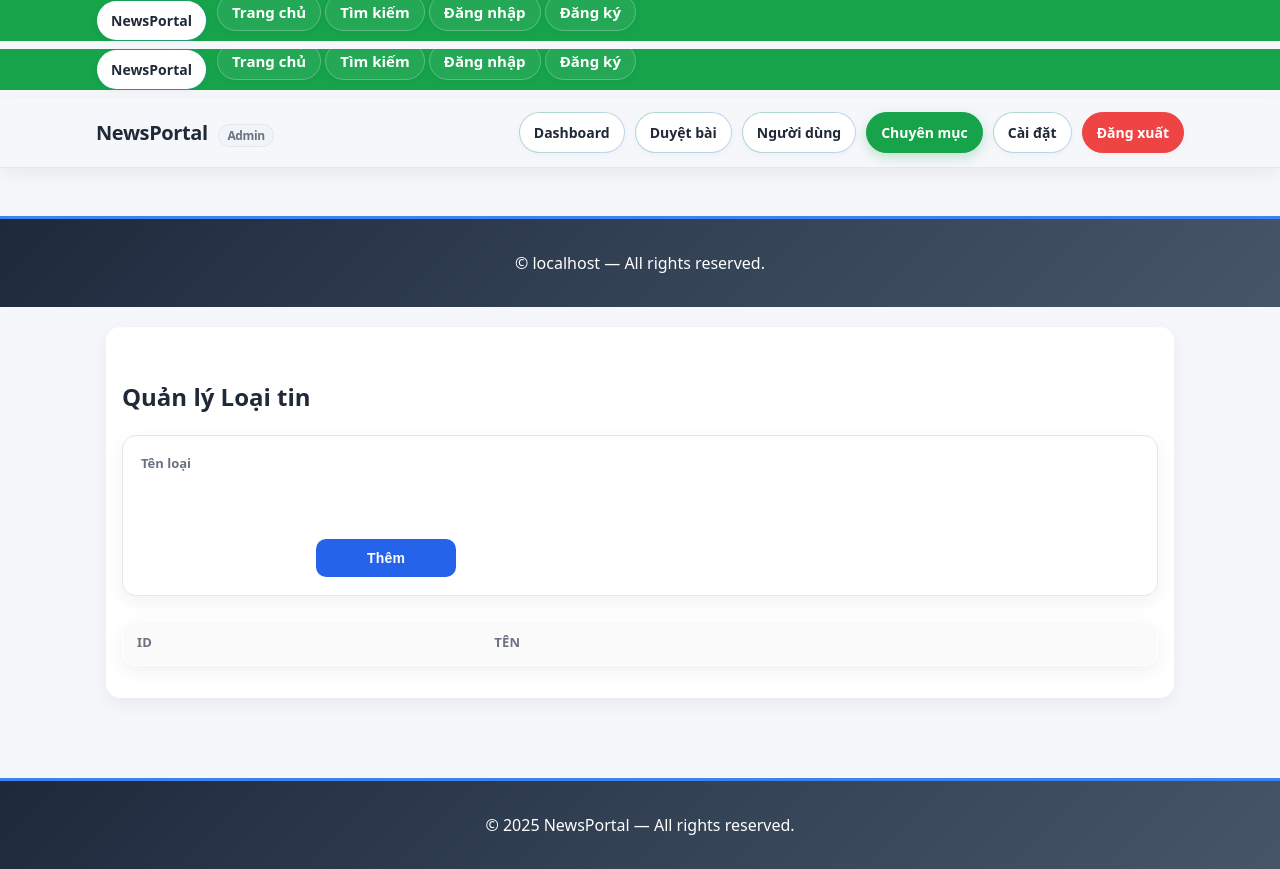
Repository: minhtvpy00202-git/Assignment_PY00202_MinhTV
Page: http://localhost/NewsPortal_PY00202/WEB-INF/views/admin/categories.jsp
The author's editor kept a copy of each file at every save. The page is drawn from the files as they stood at one save, then again after the next save.
The browser window is 1280 px wide. The pictures show the whole page.
The page is served by Tomcat 10. Nobody is signed in. Other server files are loaded and not shown. The template is opened directly, without the code that normally fills it, so the values that code supplies are empty.

Above is the page before, as saved 2025-10-09 12:02:35.

### Assignment_NewsPortal/NewsPortal_PY00202/src/main/webapp/WEB-INF/views/admin/categories.jsp
<%@ page contentType="text/html; charset=UTF-8" pageEncoding="UTF-8"%>
<%@ include file="../layout/header.jsp" %>
<%@ taglib prefix="c" uri="jakarta.tags.core" %>
<%@ include file="../layout/header.jsp" %>
<jsp:include page="../layout/admin-header.jsp"/>
<link rel="stylesheet" href="${pageContext.request.contextPath}/assets/css/admin-users.css">

<main class="container admin-main">
  <section class="content">
    <h1>Quản lý Loại tin</h1>

    <form class="form" method="post" action="${pageContext.request.contextPath}/admin/categories/create">
      <div class="grid" style="grid-template-columns:1fr 200px; gap:12px">
        <div>
          <label>Tên loại</label>
          <input name="name" required>
        </div>
        <div class="actions" style="align-items:end">
          <button class="btn" type="submit">Thêm</button>
        </div>
      </div>
    </form>

    <table class="table mt-24">
      <thead><tr><th>ID</th><th>Tên</th><th></th></tr></thead>
      <tbody>
        <c:forEach var="c" items="${categories}">
          <tr>
            <td>${c.id}</td>
            <td>${c.name}</td>
            <td class="actions">
              <a href="${pageContext.request.contextPath}/admin/categories/edit?id=${c.id}">Sửa</a>
              <a href="${pageContext.request.contextPath}/admin/categories/delete?id=${c.id}">Xóa</a>
            </td>
          </tr>
        </c:forEach>
      </tbody>
    </table>
  </section>
</main>

<%@ include file="../layout/footer.jsp" %>

### Assignment_NewsPortal/NewsPortal_PY00202/src/main/webapp/WEB-INF/views/layout/header.jsp
<%@ page contentType="text/html; charset=UTF-8" pageEncoding="UTF-8"%>
<%@ taglib prefix="c" uri="jakarta.tags.core"%>
<!DOCTYPE html>
<html lang="vi">
<head>
<meta charset="UTF-8">
<title><c:out
		value="${pageTitle != null ? pageTitle : 'NewsPortal'}" /></title>
<link rel="stylesheet"
	href="${pageContext.request.contextPath}/assets/css/style.css">
<link rel="stylesheet" href="${pageContext.request.contextPath}/assets/css/admin-users.css">

</head>
<body>
	<header>
		<div class="container nav">
			<a class="brand" href="${pageContext.request.contextPath}/home">
				<span class="dot"></span> <span>NewsPortal</span>
			</a>
			<nav class="menu">
				<a href="${pageContext.request.contextPath}/home">Trang chủ</a>
				<c:forEach var="cata" items="${categories}">
					<a href="${pageContext.request.contextPath}/category?id=${cata.id}">
						${cata.name} </a>
				</c:forEach>
				<a href="${pageContext.request.contextPath}/search">Tìm kiếm</a>
				<c:choose>
					<c:when test="${not empty sessionScope.user}">
						<c:if test="${sessionScope.user.role}">
							<a href="${pageContext.request.contextPath}/admin/dashboard">Quản
								trị</a>
						</c:if>
						<c:if test="${!sessionScope.user.role}">
							<a href="${pageContext.request.contextPath}/reporter/dashboard">Bảng
								điều khiển</a>
						</c:if>
						<a href="${pageContext.request.contextPath}/logout">Đăng xuất</a>
					</c:when>
					<c:otherwise>
						<a href="${pageContext.request.contextPath}/login">Đăng nhập</a>
						<a href="${pageContext.request.contextPath}/register">Đăng ký</a>
					</c:otherwise>
				</c:choose>
			</nav>
		</div>
	</header>

### Assignment_NewsPortal/NewsPortal_PY00202/src/main/webapp/WEB-INF/views/layout/footer.jsp
<%@ page contentType="text/html; charset=UTF-8" pageEncoding="UTF-8"%>
<footer>
  <div class="container">
    © <script>document.write(new Date().getFullYear())</script> NewsPortal — All rights reserved.
  </div>
</footer>
</body>
</html>

### Assignment_NewsPortal/NewsPortal_PY00202/src/main/webapp/WEB-INF/views/layout/admin-header.jsp
<%@ page contentType="text/html; charset=UTF-8" pageEncoding="UTF-8"%>
<%@ taglib prefix="c" uri="jakarta.tags.core" %>
<%@ taglib prefix="fn" uri="jakarta.tags.functions" %>
<!DOCTYPE html>
<html lang="vi">
<head>
    <meta charset="UTF-8">
    <title><c:out value="${pageTitle != null ? pageTitle : 'Quản trị - NewsPortal'}"/></title>
    <link rel="stylesheet" href="${pageContext.request.contextPath}/assets/css/style.css">
    <link rel="stylesheet" href="${pageContext.request.contextPath}/assets/css/admin-users.css">

</head>
<body>

<c:set var="ctx" value="${pageContext.request.contextPath}"/>
<c:set var="uri" value="${pageContext.request.requestURI}"/>

<header class="admin-header">
    <div class="container">
        <h1 class="logo">
            <a href="${ctx}/admin/dashboard" style="text-decoration:none;color:inherit;">
                NewsPortal <span class="small">Admin</span>
            </a>
        </h1>

        <nav class="nav">
            <a href="${ctx}/admin/dashboard"
               class="${fn:contains(uri, '/admin/dashboard') ? 'active' : ''}"
               aria-current="${fn:contains(uri, '/admin/dashboard') ? 'page' : ''}">Dashboard</a>

            <a href="${ctx}/admin/news-approve"
               class="${fn:contains(uri, '/admin/news-approve') ? 'active' : ''}"
               aria-current="${fn:contains(uri, '/admin/news-approve') ? 'page' : ''}">Duyệt bài</a>

            <a href="${ctx}/admin/users"
               class="${fn:contains(uri, '/admin/users') ? 'active' : ''}"
               aria-current="${fn:contains(uri, '/admin/users') ? 'page' : ''}">Người dùng</a>

            <a href="${ctx}/admin/categories"
               class="${fn:contains(uri, '/admin/categories') ? 'active' : ''}"
               aria-current="${fn:contains(uri, '/admin/categories') ? 'page' : ''}">Chuyên mục</a>

            <a href="${ctx}/admin/settings"
               class="${fn:contains(uri, '/admin/settings') ? 'active' : ''}"
               aria-current="${fn:contains(uri, '/admin/settings') ? 'page' : ''}">Cài đặt</a>

            <a href="${ctx}/logout" class="logout">Đăng xuất</a>
        </nav>
    </div>
</header>


<footer class="admin-footer">
    <div class="container">
        &copy; <c:out value="${pageContext.request.serverName}"/> — All rights reserved.
    </div>
</footer>

</body>
</html>

### Assignment_NewsPortal/NewsPortal_PY00202/src/main/webapp/assets/css/admin-users.css
@charset "UTF-8";

/* ====== Admin Users — Clean CSS ====== */
/* Màu chủ đạo xanh lá*/
:root{
  --bg: #f7f9fb;
  --card: #ffffff;
  --text: #1f2937;
  --muted: #6b7280;
  --primary: #16a34a;
  --primary-600:#15803d;
  --accent: #10b981;
  --danger: #ef4444;
  --danger-600:#dc2626;
  --ring: rgba(16,185,129,.25);
  --border: #e5e7eb;
  --shadow: 0 8px 24px rgba(0,0,0,.06);
}

@media (prefers-color-scheme: dark){
  :root{
    --bg: #0b1220;
    --card: #0f172a;
    --text: #e5e7eb;
    --muted: #94a3b8;
    --primary: #22c55e;
    --primary-600:#16a34a;
    --accent: #34d399;
    --danger: #f87171;
    --danger-600:#ef4444;
    --ring: rgba(52,211,153,.25);
    --border: #1f2a44;
    --shadow: 0 10px 24px rgba(0,0,0,.35);
  }
}

/* Tổng thể */
html,body{
  background: var(--bg);
  color: var(--text);
  font-family: system-ui, -apple-system, Segoe UI, Roboto, Helvetica, Arial, "Apple Color Emoji", "Segoe UI Emoji", "Segoe UI Symbol";
  line-height: 1.5;
}

/* Tiêu đề */
h2{
  font-size: clamp(20px, 2.4vw, 28px);
  font-weight: 800;
  letter-spacing: -0.02em;
  margin: 16px 0 20px;
  display: inline-flex;
  align-items: center;
  gap: 10px;
}
h2::after{
  content:"";
  display:inline-block;
  width: 46px;
  height: 6px;
  border-radius: 999px;
  background: linear-gradient(90deg, var(--primary), var(--accent));
}

/* Hàng người dùng */
.user-row.card{
  display: grid;
  grid-template-columns: 1fr auto;
  align-items: center;
  gap: 16px;
  padding: 16px 18px;
  border: 1px solid var(--border);
  border-radius: 16px;
  background: var(--card);
  box-shadow: var(--shadow);
  transition: transform .18s ease, box-shadow .18s ease, border-color .18s ease;
  will-change: transform;
  margin-bottom: 12px;
}
.user-row.card:hover{
  transform: translateY(-2px);
  box-shadow: 0 14px 36px rgba(0,0,0,.10);
  border-color: rgba(16,185,129,.35);
}

/* Khối thông tin người dùng (bên trái) */
.user-row > div{
  display: flex;
  flex-wrap: wrap;
  align-items: center;
  gap: 8px 12px;
  min-width: 0;
}
.user-row strong{
  font-weight: 700;
}
.user-row strong + span,
.user-row strong + .badge,
.user-row strong + .badge + .badge{
  margin-left: 6px;
}
.user-row .muted{ color: var(--muted); }

.badge{
  display: inline-flex;
  align-items: center;
  gap: 6px;
  padding: 4px 10px;
  border-radius: 999px;
  font-size: 12px;
  font-weight: 700;
  letter-spacing: .2px;
  background: rgba(16,185,129,.08);
  color: var(--primary);
  border: 1px solid rgba(16,185,129,.20);
}
.badge.active{
  background: rgba(34,197,94,.10);
  color: #16a34a;
  border-color: rgba(34,197,94,.22);
}
.badge.inactive{
  background: rgba(148,163,184,.12);
  color: #64748b;
  border-color: rgba(148,163,184,.28);
}

.actions{
  display: flex;
  flex-wrap: wrap;
  align-items: center;
  gap: 8px;
  justify-content: flex-end;
  margin: 0;
}

/* Button base */
.btn{
  --btn-bg: var(--primary);
  --btn-bg-h: var(--primary-600);
  --btn-fg: #fff;
  --btn-bd: transparent;

  appearance: none;
  border: 1px solid var(--btn-bd);
  background: var(--btn-bg);
  color: var(--btn-fg);
  padding: 10px 14px;
  border-radius: 12px;
  font-weight: 700;
  font-size: 14px;
  letter-spacing: .2px;
  cursor: pointer;
  transition: transform .12s ease, filter .12s ease, background .12s ease, border-color .12s ease;
  outline: none;
}

/* Ghost (nền trong suốt, viền) */
.btn.ghost{
  --btn-bg: transparent;
  --btn-fg: var(--text);
  --btn-bd: var(--border);
  background: linear-gradient(var(--card), var(--card)) padding-box,
              linear-gradient(135deg, rgba(16,185,129,.45), rgba(59,130,246,.35)) border-box;
  border: 1px solid transparent;
}
.btn.ghost:hover{
  filter: brightness(1.02);
}

/* Danger */
.btn.danger{
  --btn-bg: var(--danger);
  --btn-bg-h: var(--danger-600);
}
.btn:hover{
  transform: translateY(-1px);
  filter: brightness(1.03);
  background: var(--btn-bg-h);
}
.btn:active{
  transform: translateY(0);
  filter: none;
}

.btn[disabled], .btn:disabled{
  opacity: .55;
  cursor: not-allowed;
  transform: none;
  filter: none;
}


.btn:focus-visible, .badge:focus-visible, .user-row.card:focus-within{
  box-shadow: 0 0 0 3px var(--ring);
}


.actions input[type="hidden"]{ display:none; }


.user-row.card:last-of-type{ margin-bottom: 24px; }

/* Responsive */
@media (max-width: 900px){
  .user-row.card{
    grid-template-columns: 1fr;
    gap: 12px;
  }
  .actions{
    justify-content: flex-start;
  }
}
@media (max-width: 520px){
  .btn{ padding: 9px 12px; font-size: 13px; }
  .badge{ font-size: 11px; padding: 3px 8px; }
  .user-row > div{ gap: 6px 10px; }
}


main, .container, .content{

  max-width: 1100px;
  margin-inline: auto;
  padding-inline: 16px;
}

/* Thanh điều hướng phụ trong admin */
.subnav {
  display: flex;
  flex-wrap: wrap;
  gap: 12px 20px;
  background: #f8fafc;
  border: 1px solid #e2e8f0;
  border-radius: 12px;
  padding: 12px 20px;
  margin: 20px 0 28px;
  box-shadow: 0 4px 10px rgba(0,0,0,0.03);
}

.subnav a {
  text-decoration: none;
  color: #334155;
  font-weight: 600;
  padding: 6px 10px;
  border-radius: 8px;
  transition: all .2s ease;
}

.subnav a:hover {
  color: #16a34a;
  background-color: rgba(22,163,74,0.08);
}


.subnav a.active {
  color: #fff;
  background-color: #16a34a;
}


@media (max-width: 600px) {
  .subnav {
    flex-direction: column;
    align-items: flex-start;
    gap: 8px;
    padding: 14px;
  }
  .subnav a {
    width: 100%;
    padding: 8px 12px;
  }
}

/* Màu & token cơ bản */
:root {
  --bg: #f6f7fb;
  --card: #ffffff;
  --text: #1f2937;
  --muted: #6b7280;
  --primary: #16a34a;      /* xanh lá dịu */
  --primary-600: #15803d;
  --danger: #ef4444;
  --danger-600: #dc2626;
  --border: #e5e7eb;
  --shadow: 0 6px 18px rgba(0,0,0,.06);
  --radius: 14px;
  --focus: 0 0 0 3px rgba(22,163,74,.25);
}

/* Nền tổng thể */
body { background: var(--bg); color: var(--text); }

/* Container chính */
main.container {
  max-width: 1100px;
  margin: 28px auto 60px;
  padding: 0 18px;
}

/* Tiêu đề trang */
main.container > h2 {
  font-size: 28px;
  font-weight: 800;
  letter-spacing: .2px;
  margin: 0 0 18px;
}

/* ===== Form CRUD ===== */
.form {
  background: var(--card);
  border: 1px solid var(--border);
  border-radius: var(--radius);
  box-shadow: var(--shadow);
  padding: 18px;
  display: grid;
  grid-template-columns: 1fr 1fr;
  gap: 14px 18px;
  margin-bottom: 22px;
}

.form label {
  font-size: 13px;
  color: var(--muted);
  display: block;
  margin-bottom: 6px;
}

.form input[type="text"],
.form input[type="email"],
.form input[type="password"],
.form input[type="file"],
.form select,
.form textarea {
  width: 100%;
  font-size: 15px;
  color: var(--text);
  background: #fcfcfd;
  border: 1px solid var(--border);
  border-radius: 10px;
  padding: 10px 12px;
  outline: none;
  transition: box-shadow .15s ease, border-color .15s ease, background .15s ease;
}

.form textarea { min-height: 160px; grid-column: 1 / -1; }

.form input:focus,
.form select:focus,
.form textarea:focus {
  border-color: var(--primary);
  box-shadow: var(--focus);
  background: #fff;
}

/* Hàng nút hành động của form */
.form button,
.form .btn {
  align-self: start;
}

.form .btn + .btn { margin-left: 8px; }

/* Gộp nút “Hủy” ở bên phải nếu có */
.form a.btn { text-decoration: none; }

/* Trải dài toàn bộ form cho 1 số trường */
.form [name="title"],
.form [name="thumbnail"] { grid-column: 1 / -1; }

/* ===== Buttons ===== */
.btn {
  display: inline-flex;
  align-items: center;
  gap: 8px;
  height: 38px;
  padding: 0 14px;
  border-radius: 10px;
  border: 1px solid transparent;
  background: var(--primary);
  color: #fff;
  font-weight: 600;
  cursor: pointer;
  transition: transform .04s ease, background .15s ease, box-shadow .15s ease;
}

.btn:hover { background: var(--primary-600); }
.btn:active { transform: translateY(1px); }
.btn.ghost {
  background: transparent;
  color: var(--primary);
  border-color: var(--primary);
}
.btn.ghost:hover { background: rgba(22,163,74,.08); }

.btn.danger {
  background: var(--danger);
}
.btn.danger:hover { background: var(--danger-600); }

/* ===== Table list ===== */
.table {
  width: 100%;
  border-collapse: collapse;
  background: var(--card);
  border: 1px solid var(--border);
  border-radius: var(--radius);
  box-shadow: var(--shadow);
  overflow: hidden; /* bo tròn header */
}

.table thead th {
  text-align: left;
  font-size: 13px;
  color: var(--muted);
  font-weight: 700;
  letter-spacing: .2px;
  background: #fafafa;
  border-bottom: 1px solid var(--border);
  padding: 12px 14px;
}

.table tbody td {
  padding: 14px;
  border-top: 1px solid var(--border);
  vertical-align: top;
}

.table tbody tr:hover { background: #fcfcff; }

/* Cột hành động */
.table td.actions {
  white-space: nowrap;
}

.table td.actions a {
  margin-right: 8px;
  text-decoration: none;
  color: var(--primary-600);
  font-weight: 600;
}

.table td.actions form { display: inline-block; }
.table td.actions button {
  height: 32px;
  padding: 0 12px;
  font-size: 13px;
  border-radius: 8px;
}

/* ===== Small helpers ===== */
.alert {
  padding: 10px 12px;
  border-radius: 10px;
  border: 1px solid var(--border);
  background: #fffbe6;
  color: #7c6a00;
  margin-bottom: 16px;
}

/* ===== Responsive ===== */
@media (max-width: 820px) {
  .form { grid-template-columns: 1fr; }
  .table thead { display: none; }
  .table, .table tbody, .table tr, .table td { display: block; width: 100%; }
  .table tr { border-bottom: 1px solid var(--border); }
  .table td { border: none; padding: 10px 14px; }
  .table td.actions { padding-bottom: 16px; }
}

Loaded but not shown: Assignment_NewsPortal/NewsPortal_PY00202/src/main/webapp/assets/css/style.css (1671 lines, source omitted)

After the next save:
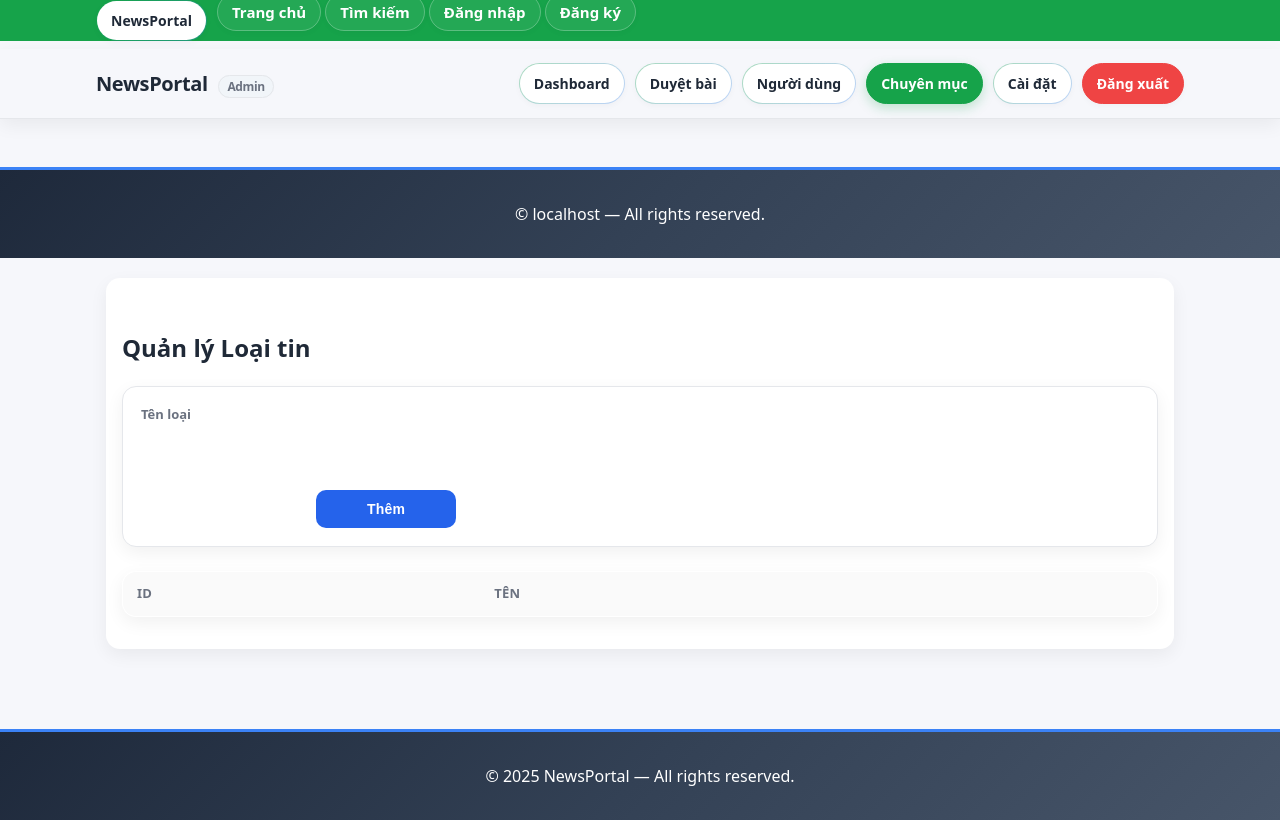
Saved 18 s later.
--- a/Assignment_NewsPortal/NewsPortal_PY00202/src/main/webapp/WEB-INF/views/admin/categories.jsp
+++ b/Assignment_NewsPortal/NewsPortal_PY00202/src/main/webapp/WEB-INF/views/admin/categories.jsp
@@ -1,5 +1,4 @@
 <%@ page contentType="text/html; charset=UTF-8" pageEncoding="UTF-8"%>
-<%@ include file="../layout/header.jsp" %>
 <%@ taglib prefix="c" uri="jakarta.tags.core" %>
 <%@ include file="../layout/header.jsp" %>
 <jsp:include page="../layout/admin-header.jsp"/>
